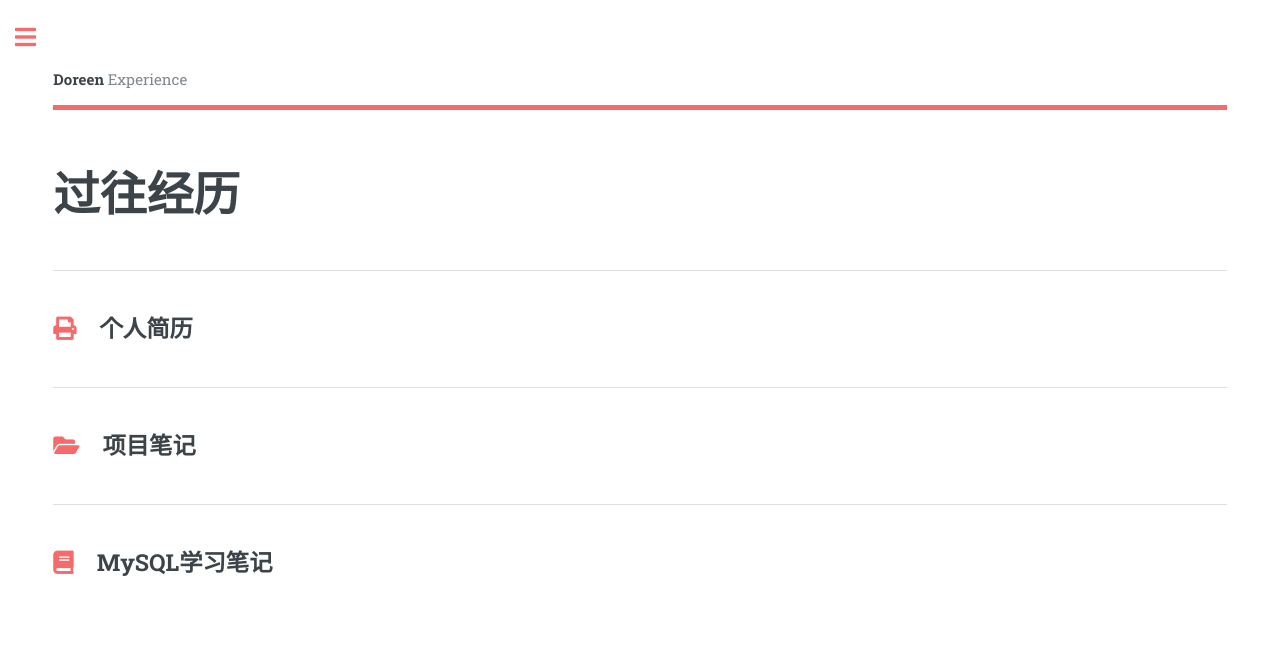
Repository: Hpz3859/Hpz3859.github.io
Page: Moments.html
The author's editor kept a copy of each file at every save. The page is drawn from the files as they stood at one save, then again after the next save.
The browser window is 1280 px wide. The pictures show the whole page.

Above is the page before, as saved 2025-03-19 17:40:55.

### Moments.html
<!DOCTYPE HTML>
<!--
	Editorial by HTML5 UP
	html5up.net | @ajlkn
	Free for personal and commercial use under the CCA 3.0 license (html5up.net/license)
-->
<html>
	<head>
		<title>Doreen Experience</title>
		<meta charset="utf-8" />
		<meta name="viewport" content="width=device-width, initial-scale=1, user-scalable=no" />
		<link rel="stylesheet" href="assets/css/main.css" />
	</head>
	<body class="is-preload">

		<!-- Wrapper -->
			<div id="wrapper">

				<!-- Main -->
					<div id="main">
						<div class="inner">

							<!-- Header -->
								<header id="header">
									<a href="experience.html" class="logo"><strong>Doreen</strong>  Experience</a>
									<!--
									<ul class="icons">
										<li><a href="#" class="icon brands fa-twitter"><span class="label">Twitter</span></a></li>
										<li><a href="#" class="icon brands fa-facebook-f"><span class="label">Facebook</span></a></li>
										<li><a href="#" class="icon brands fa-snapchat-ghost"><span class="label">Snapchat</span></a></li>
										<li><a href="#" class="icon brands fa-instagram"><span class="label">Instagram</span></a></li>
										<li><a href="#" class="icon brands fa-medium-m"><span class="label">Medium</span></a></li>
									</ul>
									-->
								</header>

							<!-- Content -->
								<section>
									<header class="main">
										<h1>过往经历</h1>
									</header>
										<!-- Content -->
										<hr class="major" />

										<div class="content">
											<h2>
												<span class="icon solid fa-print" style="color: #f56a6a;"></span>
												&nbsp;&nbsp;
												<a href="resume.html" class="logo">个人简历</a>
											</h2>
										</div>


										<hr class="major" />

										<div class="content">
											<h2>
												<span class="icon solid fa-folder-open" style="color: #f56a6a;"></span>
												&nbsp;&nbsp;
												<a href="#" class="logo">项目笔记</a>
											</h2>
										</div>

										<hr class="major" />

										<div class="content">
											<h2>
												<span class="icon solid fa-book" style="color: #f56a6a;"></span>
												&nbsp;&nbsp;
												<a href="mysql.html" class="logo">MySQL学习笔记</a>
											</h2>
										</div>


								</section>

						</div>
					</div>

				<!-- Sidebar -->
					<div id="sidebar">
						<div class="inner">

							<!-- Search -->
								<section id="search" class="alt">
									<form method="post" action="#">
										<input type="text" name="query" id="query" placeholder="Search" />
									</form>
								</section>

							<!-- Menu -->
								<nav id="menu">
									<header class="major">
										<h2>目录</h2>
									</header>
									<ul>
										<li><a href="./index.html">主页</a></li>
										<li>
											<span class="opener">文章</span>
											<ul>
												<li><a href="experience.html">过往经历</a></li>
												<li><a href="#">数据挖掘</a></li>
												<li><a href="#">量化与投资</a></li>
												<li><a href="#">随笔</a></li>
											</ul>
										</li>
										<li>
											<span class="opener">视频</span>
											<ul>
												<li><a href="#">待更新</a></li>
												<li><a href="#">待更新</a></li>
											</ul>
										</li>

									</ul>
								</nav>


							<!-- Section -->
								<section>
									<header class="major">
										<h2>联系我</h2>
									</header>
									<p> </p>
									<ul class="contact">
										<li class="icon solid fa-envelope"><a href="#">h18286003859@163.com</a></li>
										<li class="icon solid fa-phone">(+86)13001993255</li>
										<!-- 地址
										<li class="icon solid fa-home"></li>
										-->
									</ul>
								</section>

							<!-- Footer -->
							 <!--
								<footer id="footer">
									<p class="copyright">&copy; Untitled. All rights reserved. Demo Images: <a href="https://unsplash.com">Unsplash</a>. Design: <a href="https://html5up.net">HTML5 UP</a>.</p>
								</footer>
							-->

						</div>
					</div>

			</div>

		<!-- Scripts -->
			<script src="assets/js/jquery.min.js"></script>
			<script src="assets/js/browser.min.js"></script>
			<script src="assets/js/breakpoints.min.js"></script>
			<script src="assets/js/util.js"></script>
			<script src="assets/js/main.js"></script>

	</body>
</html>

Loaded but not shown: assets/js/jquery.min.js (library); assets/js/browser.min.js (common file); assets/js/breakpoints.min.js (common file); assets/css/fontawesome-all.min.css (library); assets/js/util.js (587 lines, source omitted); assets/js/main.js (262 lines, source omitted); assets/css/main.css (2273 lines, source omitted)

After the next save:
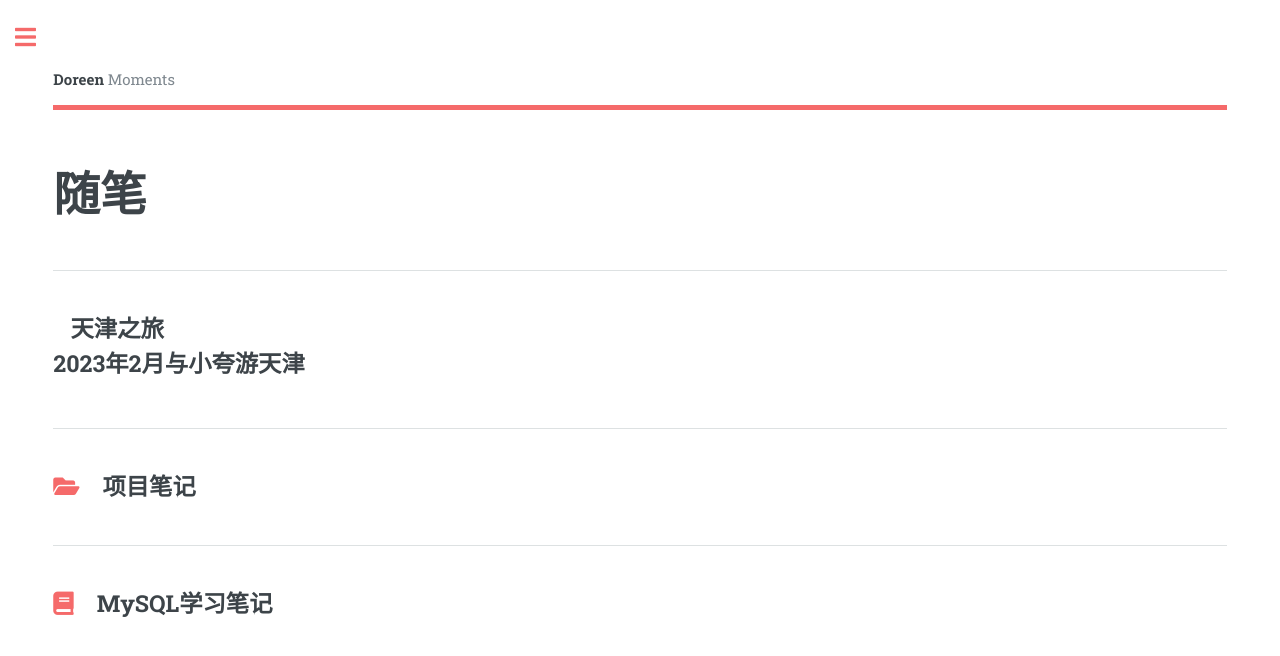
Saved 7 min 38 s later.
--- a/Moments.html
+++ b/Moments.html
@@ -6,7 +6,7 @@
 -->
 <html>
 	<head>
-		<title>Doreen Experience</title>
+		<title>Doreen Moments</title>
 		<meta charset="utf-8" />
 		<meta name="viewport" content="width=device-width, initial-scale=1, user-scalable=no" />
 		<link rel="stylesheet" href="assets/css/main.css" />
@@ -22,7 +22,7 @@
 
 							<!-- Header -->
 								<header id="header">
-									<a href="experience.html" class="logo"><strong>Doreen</strong>  Experience</a>
+									<a href="moments.html" class="logo"><strong>Doreen</strong>  Moments</a>
 									<!--
 									<ul class="icons">
 										<li><a href="#" class="icon brands fa-twitter"><span class="label">Twitter</span></a></li>
@@ -37,16 +37,17 @@
 							<!-- Content -->
 								<section>
 									<header class="main">
-										<h1>过往经历</h1>
+										<h1>随笔</h1>
 									</header>
 										<!-- Content -->
 										<hr class="major" />
 
 										<div class="content">
 											<h2>
-												<span class="icon solid fa-print" style="color: #f56a6a;"></span>
+												<span class="icon solid fa-wand-magic-sparkles" style="color: #f56a6a;"></span>
 												&nbsp;&nbsp;
-												<a href="resume.html" class="logo">个人简历</a>
+												<a href="resume.html" class="logo">天津之旅</a>
+												<p>2023年2月与小夸游天津</p>
 											</h2>
 										</div>
 
